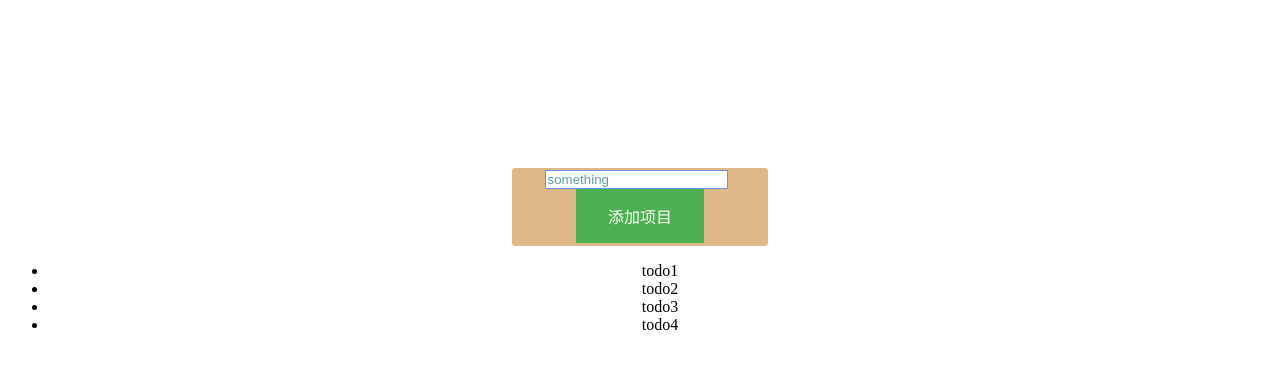
Repository: ArtemisWang/todolistProject
Page: /
The author's editor kept a copy of each file at every save. The page is drawn from the files as they stood at one save, then again after the next save.
The browser window is 1280 px wide. The pictures show the whole page.
The project was rebuilt for these pictures with package versions that can differ from the ones it lists, and the page was loaded fresh each time.

Above is the page before, as saved 2020-02-28 21:45:36.

### src/App.js
import React,{useState} from 'react';
import './App.css'
const App=function(){

    const [list, setList]=useState(['todo1','todo2','todo3','todo4'])
    const [content, setContent]=useState('something')

    function addItem(){
        setList([...list,content])
        setContent('')
    }

    function changeContent(e){
        setContent(e.target.value)
        return content
    }

    function deleteItem(i){
        setList(list.filter((x,index)=>index!==i))
    }

    return (
    <div className='app'>
        <div className='input'>
            <input onChange={changeContent} value={content} className='input-text'/>
            <button onClick={addItem} className='button'>添加项目</button>
        </div>
        <div className='u-list'>
            <ul>
                {list.map((it,i)=>(<li key={it+i} onClick={deleteItem.bind(this,i)}>{it}</li>))}
            </ul>
        </div>
    </div>)
}




export default App

### src/App.css
.app{
    text-align: center;
    padding-top: 10rem;
}

.input{
    display: block;
    background-color: burlywood;
    width: 16rem;
    margin-left:auto;
    margin-right:auto;
    padding-top: 0.1rem;
    padding-bottom: 0.2rem;
    border-radius: .2rem;
}

.input-text{
    color: cadetblue;
    border: cornflowerblue solid 1px;
    display: inline-flex;
    margin-right: .5rem;
}

.button {
    background-color: #4CAF50; /* Green */
    border: none;
    color: white;
    padding: 15px 32px;
    text-align: center;
    text-decoration: none;
    display: inline-flex;
    font-size: 16px;
}

Loaded but not shown: public/index.html (common file); src/index.js (common file)

After the next save:
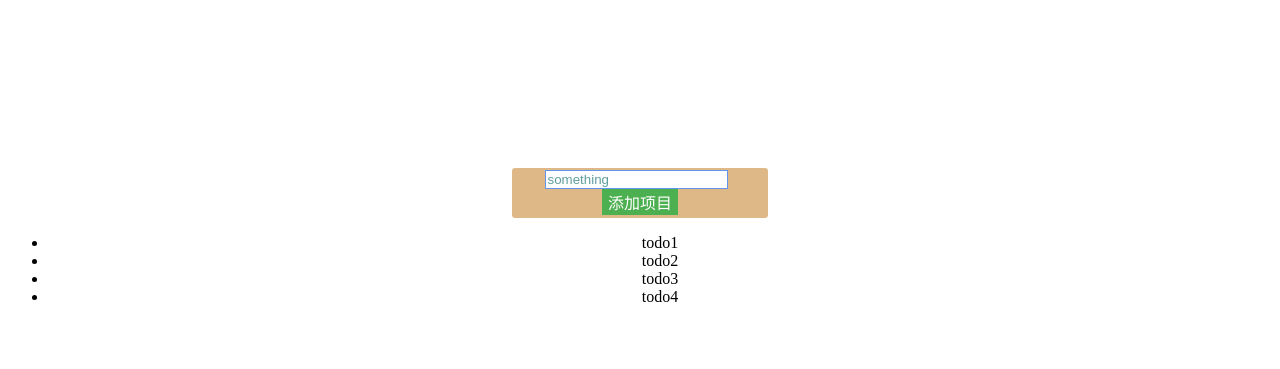
Saved 13 s later.
--- a/src/App.css
+++ b/src/App.css
@@ -25,7 +25,7 @@
     background-color: #4CAF50; /* Green */
     border: none;
     color: white;
-    padding: 15px 32px;
+    padding: ;
     text-align: center;
     text-decoration: none;
     display: inline-flex;
